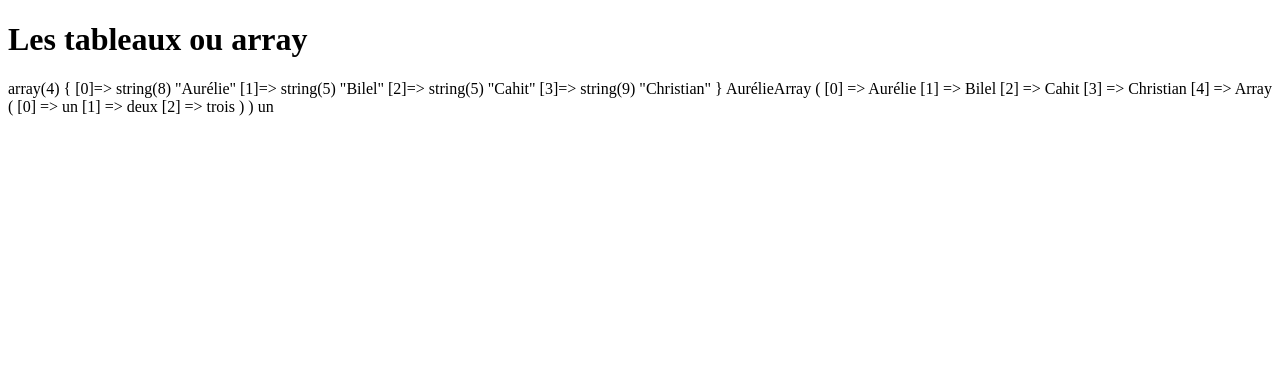
Repository: QuentinFayt/base-php-2021
Page: http://localhost/les_arrays.php
These files come from the project's save history. The page is drawn as it stood at one moment and after the next save; the edit follows.
The browser window is 1280 px wide. The pictures show the whole page.
The page is run by PHP 8.4 with error messages shown; the project is at /var/www/html/.

Above is the page before, as saved 2021-07-07 11:40:09.

After the next save:
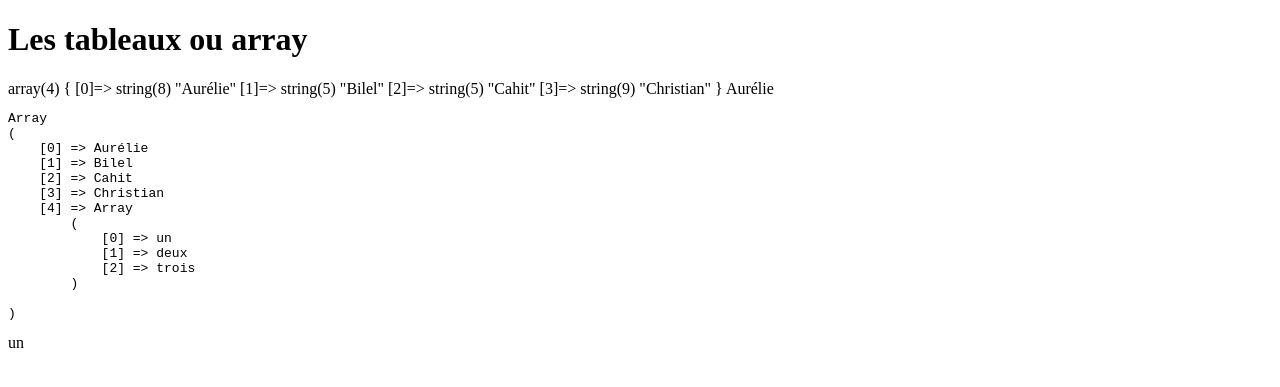
Saved 51 s later.
--- a/les_arrays.php
+++ b/les_arrays.php
@@ -31,9 +31,9 @@
                     "trois",
                 ]
         ];
-
+        echo "<pre>";
         print_r($eleves2);
-
+        echo "</pre>";
         echo $eleves2[4][0];
 
     ?>
